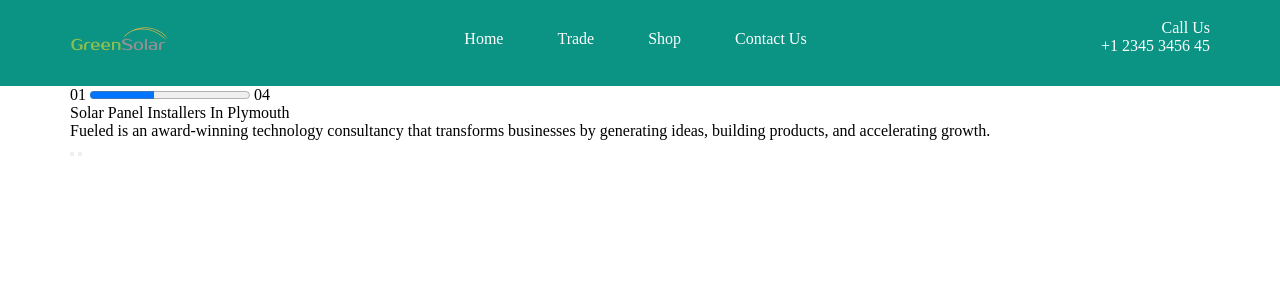
Repository: zeinawady/Solar-Company-Template
Page: index.html
The author's editor kept a copy of each file at every save. The page is drawn from the files as they stood at one save, then again after the next save.
The browser window is 1280 px wide. The pictures show the whole page.

Above is the page before, as saved 2024-09-17 16:55:27.

After the next save:
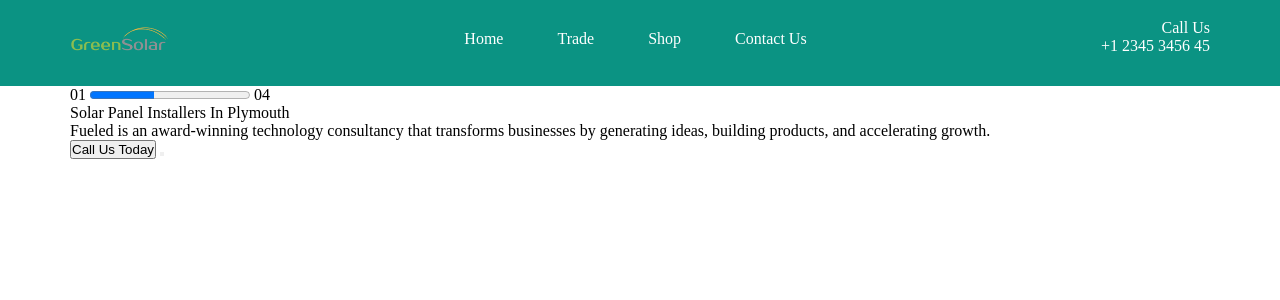
Saved 15 s later.
--- a/index.html
+++ b/index.html
@@ -55,7 +55,7 @@
     Fueled is an award-winning technology consultancy that transforms businesses by generating ideas, building products, and accelerating growth.
   </div>
 
-  <button class="btn"></button>
+  <button class="btn">Call Us Today</button>
   <button class="btn yellow-bt"></button>
 
         </div>
